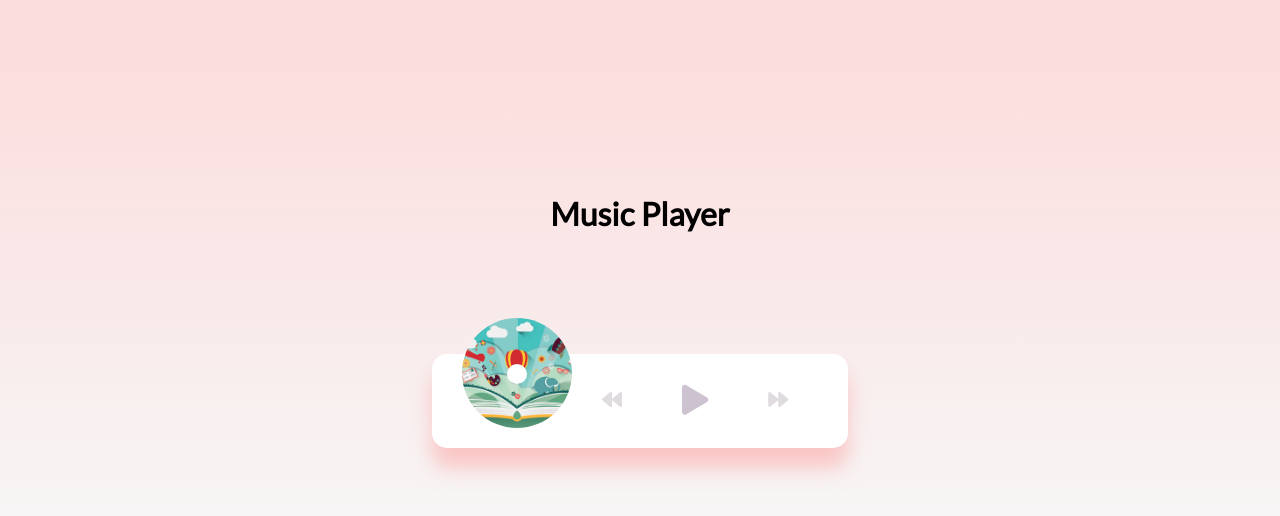
Repository: Hubert51/Touche
Page: tmp.html
The author's editor kept a copy of each file at every save. The page is drawn from the files as they stood at one save, then again after the next save.
The browser window is 1280 px wide. The pictures show the whole page.
Some web libraries are served in a nearby version.

Above is the page before, as saved 2021-10-16 00:16:06.

After the next save:
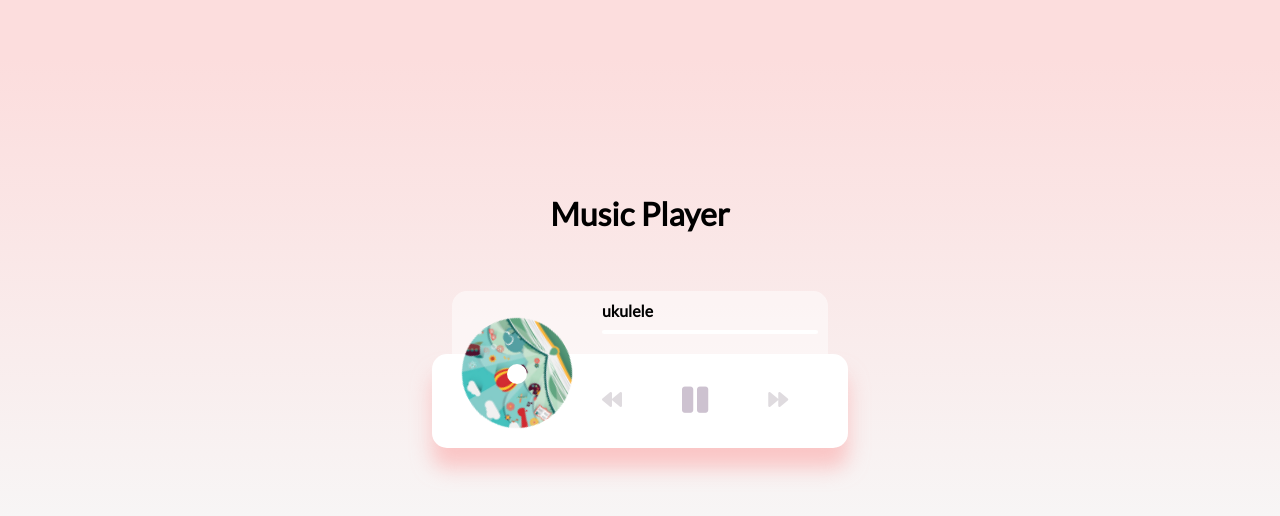
Saved 6 min 11 s later.
--- a/index.js
+++ b/index.js
@@ -81,14 +81,23 @@
 }
 
 // Event listeners
-playBtn.addEventListener(test_trigger == 1, () => {
+if (test_trigger == 1) {
     const isPlaying = musicContainer.classList.contains('play');
     if(isPlaying) {
         pauseSong();
     } else {
         playSong();
     }
-});
+}
+
+// playBtn.addEventListener(test_trigger == 1, () => {
+//     const isPlaying = musicContainer.classList.contains('play');
+//     if(isPlaying) {
+//         pauseSong();
+//     } else {
+//         playSong();
+//     }
+// });
 
 //change songs
 prevBtn.addEventListener('click', prevSong)

After the save that followed:
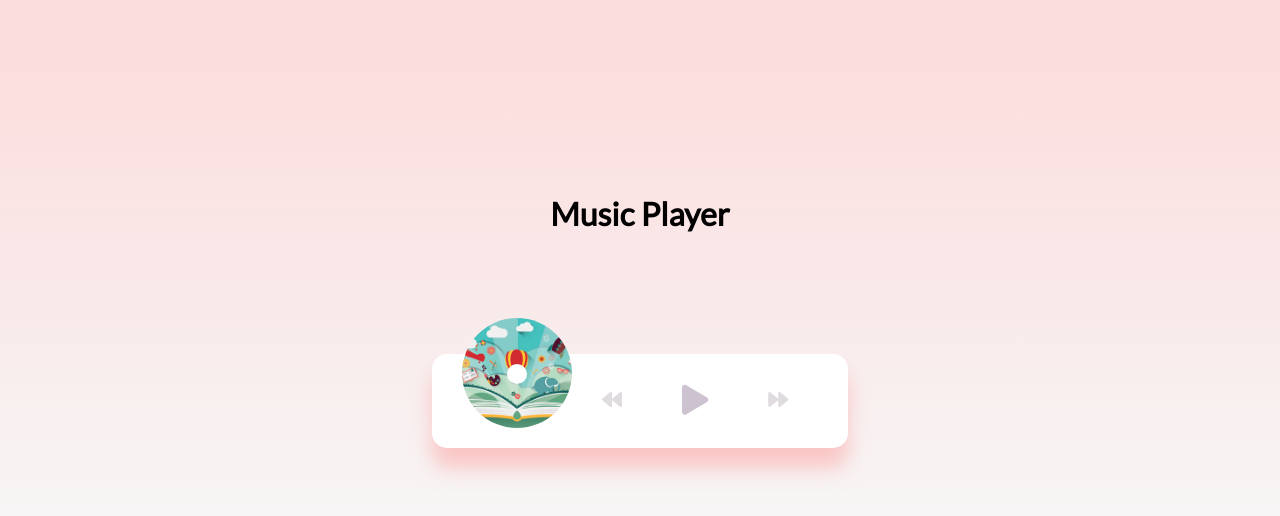
Saved 2 min 36 s later.
--- a/index.js
+++ b/index.js
@@ -80,24 +80,24 @@
     audio.currentTime = clickX / width * duration;
 }
 
-// Event listeners
-if (test_trigger == 1) {
+// // Event listeners
+// if (test_trigger == 1) {
+//     const isPlaying = musicContainer.classList.contains('play');
+//     if(isPlaying) {
+//         pauseSong();
+//     } else {
+//         playSong();
+//     }
+// }
+
+playBtn.addEventListener(test_trigger == 1, () => {
     const isPlaying = musicContainer.classList.contains('play');
     if(isPlaying) {
         pauseSong();
     } else {
         playSong();
     }
-}
-
-// playBtn.addEventListener(test_trigger == 1, () => {
-//     const isPlaying = musicContainer.classList.contains('play');
-//     if(isPlaying) {
-//         pauseSong();
-//     } else {
-//         playSong();
-//     }
-// });
+});
 
 //change songs
 prevBtn.addEventListener('click', prevSong)
